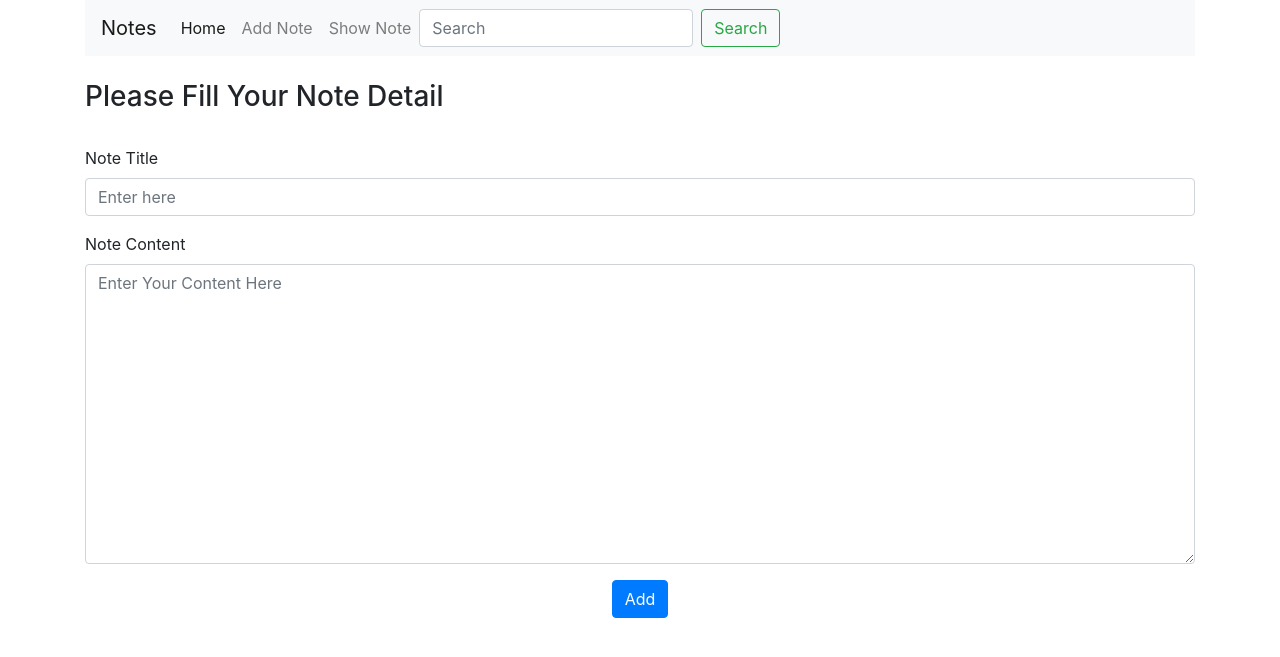
Repository: PratibhaMastud/index.jsp
Page: http://localhost/JavaWebApp/add_notes.jsp
These files come from the project's save history. The page is drawn as it stood at one moment and after the next save; the edit follows.
The browser window is 1280 px wide. The pictures show the whole page.
Some web libraries are served in a nearby version. The page is served by Tomcat 9. Other server files are loaded and not shown.

Above is the page before, as saved 2020-06-28 17:15:59.

### JavaWebApp/src/main/webapp/add_notes.jsp
<%@ page language="java" contentType="text/html; charset=ISO-8859-1"
    pageEncoding="ISO-8859-1"%>
<!DOCTYPE html>
<html>
<head>
<meta charset="ISO-8859-1">
<title>ADD NOTES</title>
	<%@include file="allcssbootstrapjsFile.jsp"%>
</head>
<body>
<div class="container">
	<%@include file="navbar.jsp"%><br>
		<h3>Please Fill Your Note Detail</h3></br>

<!--this is add form  -->
<form action="SaveNoteServlet" method="post">

  <div class="form-group">
   	 <label for="title">Note Title</label>
   	 <input
   	 name="title"
     required
     type="text"
     class="form-control"
      id="title"
      aria-describedby="emailHelp"
     placeholder="Enter here" />
  </div>


  <div class="form-group">
    <label for="exampleInputPassword1">Note Content</label>
    <textarea
    	 name="content"
    	 required
    	 id="content"
    	  placeholder="Enter Your Content Here"
    	  class="form-control"
    	  style="height:300px"></textarea>
  </div>
  <div class="container text-center">
  	   <button type="submit" class="btn btn-primary">Add</button>
  </div>
</form>

</div>
</body>
</html>

### JavaWebApp/src/main/webapp/allcssbootstrapjsFile.jsp
  <!-- Bootstrap CSS -->
    <link rel="stylesheet" href="https://maxcdn.bootstrapcdn.com/bootstrap/4.0.0/css/bootstrap.min.css"
     integrity="sha384-Gn5384xqQ1aoWXA+058RXPxPg6fy4IWvTNh0E263XmFcJlSAwiGgFAW/dAiS6JXm" crossorigin="anonymous">
	<link href="css/style.css" rel="stylesheet" />

  <!-- Optional JavaScript -->
    <!-- jQuery first, then Popper.js, then Bootstrap JS -->
    <script src="https://code.jquery.com/jquery-3.2.1.slim.min.js" integrity="sha384-KJ3o2DKtIkvYIK3UENzmM7KCkRr/rE9/Qpg6aAZGJwFDMVNA/GpGFF93hXpG5KkN" crossorigin="anonymous"></script>
    <script src="https://cdnjs.cloudflare.com/ajax/libs/popper.js/1.12.9/umd/popper.min.js" integrity="sha384-ApNbgh9B+Y1QKtv3Rn7W3mgPxhU9K/ScQsAP7hUibX39j7fakFPskvXusvfa0b4Q" crossorigin="anonymous"></script>
    <script src="https://maxcdn.bootstrapcdn.com/bootstrap/4.0.0/js/bootstrap.min.js" integrity="sha384-JZR6Spejh4U02d8jOt6vLEHfe/JQGiRRSQQxSfFWpi1MquVdAyjUar5+76PVCmYl" crossorigin="anonymous"></script>

### JavaWebApp/src/main/webapp/navbar.jsp
<nav class="navbar navbar-expand-lg navbar-light bg-light">
  <a class="navbar-brand" href="#">Notes</a>
  <button class="navbar-toggler" type="button" data-toggle="collapse" data-target="#navbarNav" aria-controls="navbarNav" aria-expanded="false" aria-label="Toggle navigation">
    <span class="navbar-toggler-icon"></span>
  </button>
  <div class="collapse navbar-collapse" id="navbarNav">
    <ul class="navbar-nav">
      <li class="nav-item active">
        <a class="nav-link" href="index.jsp">Home <span class="sr-only">(current)</span></a>
      <li>
      <li class="nav-item">
        <a class="nav-link" href="add_notes.jsp">Add Note</a>
      <li>
      <li class="nav-item">
        <a class="nav-link" href="#">Show Note</a>
      <li>
    </ul>
	<form class="form-inline my-2 my-lg-0">
      <input class="form-control mr-sm-2" type="search" placeholder="Search" aria-label="Search">
      <button class="btn btn-outline-success my-2 my-sm-0" type="submit">Search</button>
    </form>
  </div>
</nav>

### JavaWebApp/src/main/webapp/css/style.css
.blue{

	background:#311B92;
}

After the next save:
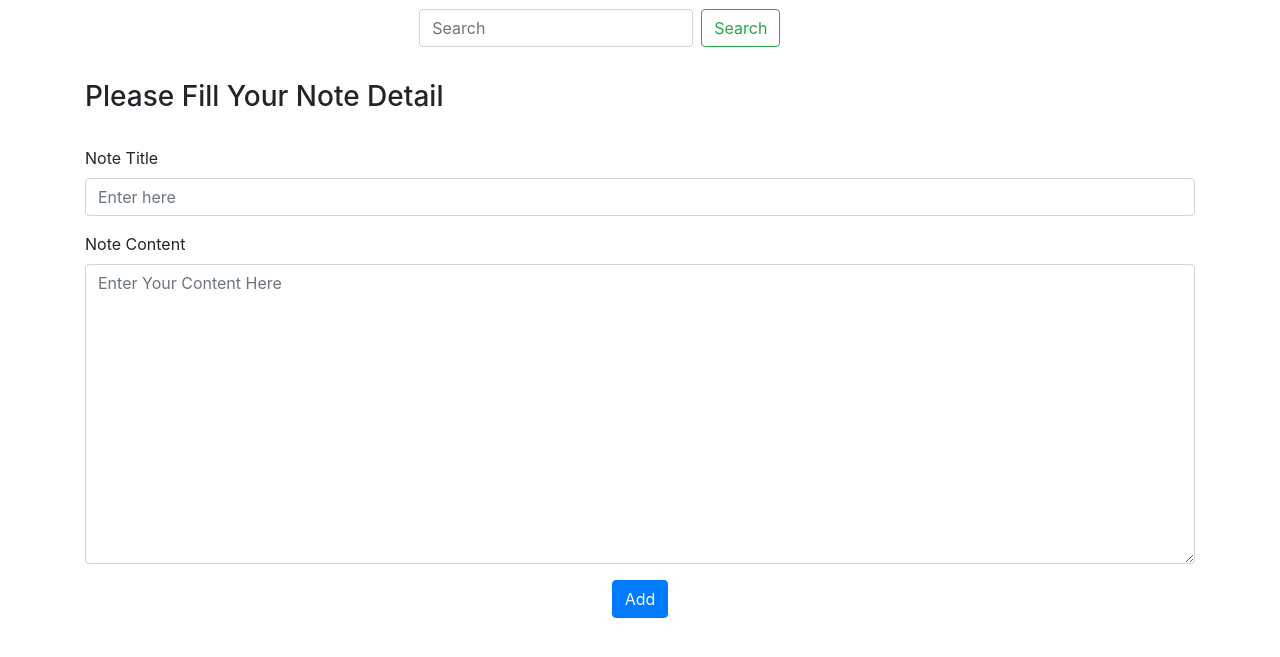
Saved 12 h 41 min later.
--- a/JavaWebApp/src/main/webapp/navbar.jsp
+++ b/JavaWebApp/src/main/webapp/navbar.jsp
@@ -1,4 +1,4 @@
-<nav class="navbar navbar-expand-lg navbar-light bg-light">
+<nav class="navbar navbar-expand-lg navbar-dark">
   <a class="navbar-brand" href="#">Notes</a>
   <button class="navbar-toggler" type="button" data-toggle="collapse" data-target="#navbarNav" aria-controls="navbarNav" aria-expanded="false" aria-label="Toggle navigation">
     <span class="navbar-toggler-icon"></span>

After the save that followed:
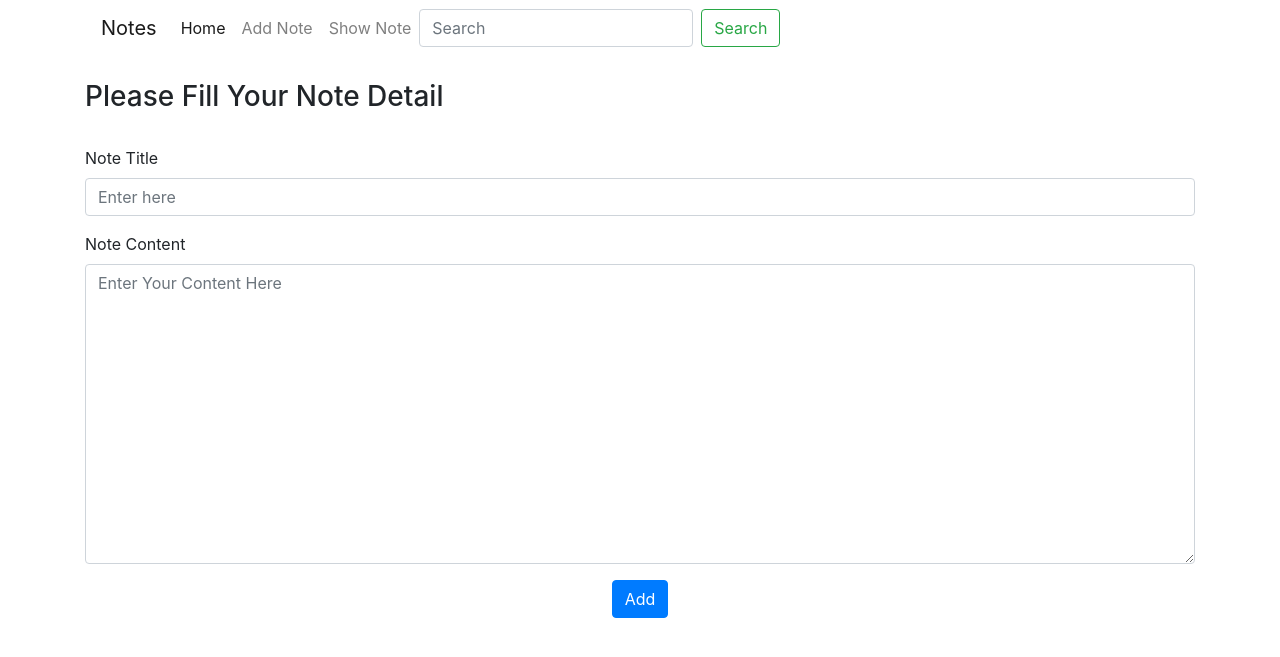
Saved 2 min 20 s later.
--- a/JavaWebApp/src/main/webapp/navbar.jsp
+++ b/JavaWebApp/src/main/webapp/navbar.jsp
@@ -1,4 +1,4 @@
-<nav class="navbar navbar-expand-lg navbar-dark">
+<nav class="navbar navbar-expand-lg navbar-light">
   <a class="navbar-brand" href="#">Notes</a>
   <button class="navbar-toggler" type="button" data-toggle="collapse" data-target="#navbarNav" aria-controls="navbarNav" aria-expanded="false" aria-label="Toggle navigation">
     <span class="navbar-toggler-icon"></span>
